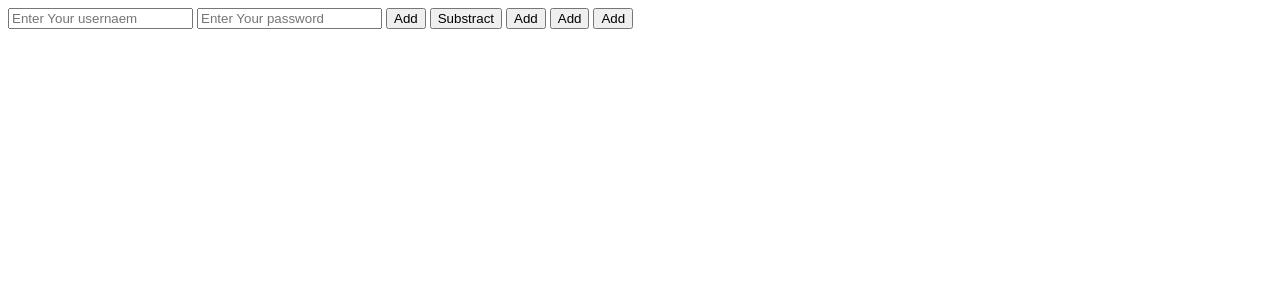
Repository: Rudra-Shiva74/JSP
Page: http://localhost/Check2/
An editor plug-in stored every save of this project. The page is shown before and after the next save, followed by the edit.
The browser window is 1280 px wide. The pictures show the whole page.
The page is served by Tomcat 10. Other server files are loaded and not shown.

Above is the page before, as saved 2023-09-02 19:41:57.

### Check2/src/main/webapp/index.jsp
<%@ page language="java" contentType="text/html; charset=UTF-8"
	pageEncoding="UTF-8"%>
<!DOCTYPE html>
<html>
<head>
<meta charset="UTF-8">
<title>Login Here</title>
</head>
<body>
	<form action="Abhishek" method="post">
		<input type="text" placeholder="Enter Your usernaem" name="username" />
		<input type="password" placeholder="Enter Your password"
			name="password" /> <input type="submit" value="Add" name="action" />
			<input type="submit" value="Substract" name="action" />
			<input type="submit" value="Add" name="action" />
			<input type="submit" value="Add" name="action" />
			<input type="submit" value="Add" name="action" />
	</form>
</body>
</html>

After the next save:
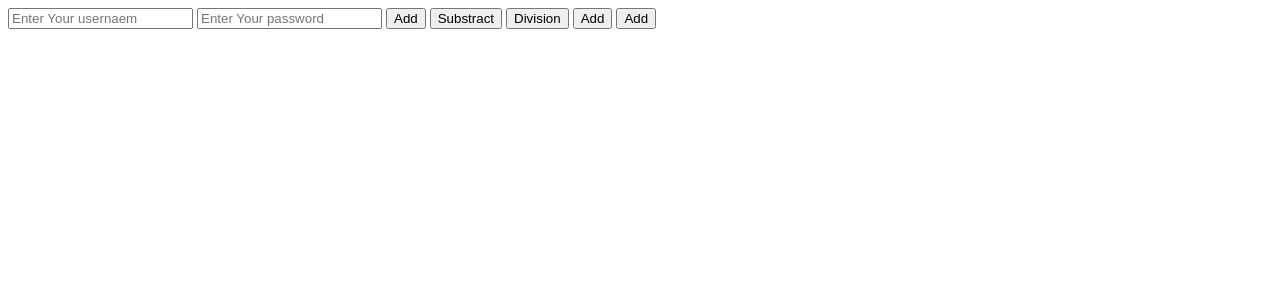
Saved 5 s later.
--- a/Check2/src/main/webapp/index.jsp
+++ b/Check2/src/main/webapp/index.jsp
@@ -12,7 +12,7 @@
 		<input type="password" placeholder="Enter Your password"
 			name="password" /> <input type="submit" value="Add" name="action" />
 			<input type="submit" value="Substract" name="action" />
-			<input type="submit" value="Add" name="action" />
+			<input type="submit" value="Division" name="action" />
 			<input type="submit" value="Add" name="action" />
 			<input type="submit" value="Add" name="action" />
 	</form>
